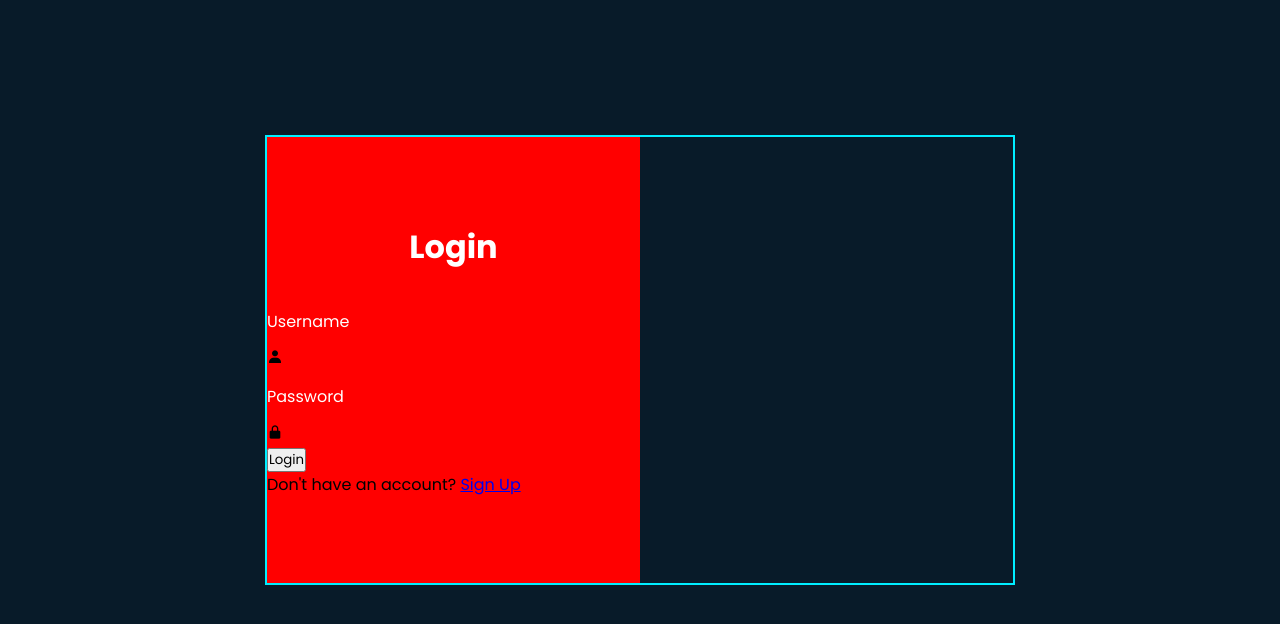
Repository: swastikjhacoder/Login-Registration-HTML
Page: index.html
These files come from the project's save history. The page is drawn as it stood at one moment and after a run of saves; the edit follows.
The browser window is 1280 px wide. The pictures show the whole page.

Above is the page before, as saved 2023-09-18 14:35:12.
Not found: js/toastify.js

After the next 9 saves:
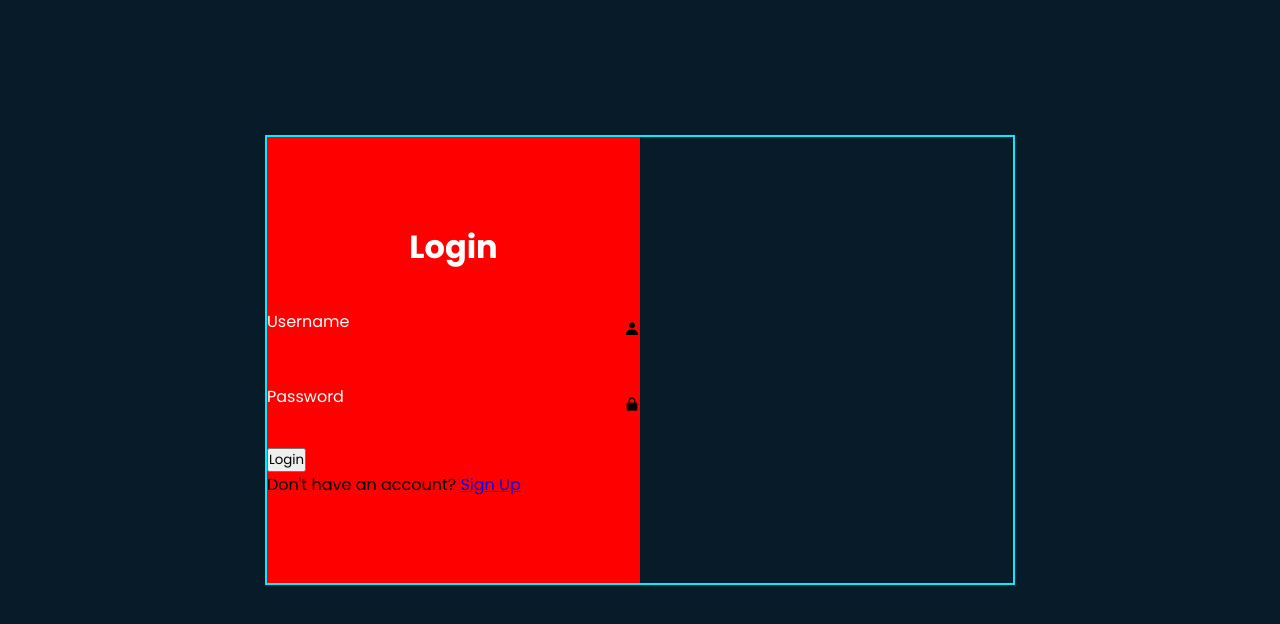
The 9 saves are shown as one change because they came seconds apart.
The last was saved 28 s later.
--- a/style.css
+++ b/style.css
@@ -67,5 +67,8 @@ body {
 }
 
 .input-box i {
+    position: absolute;
+    top: 50%;
+    right: 0;
 
 }
